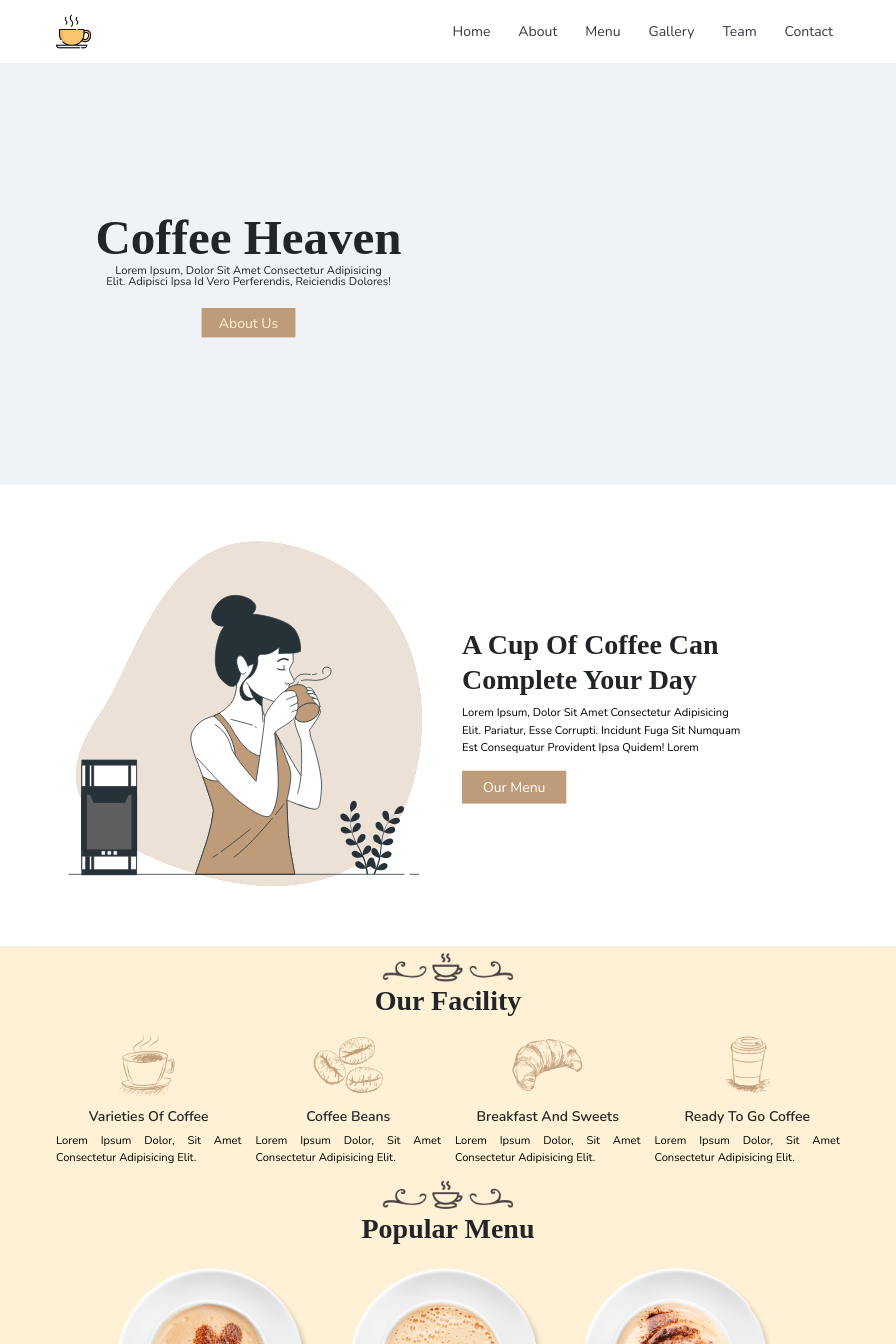
Repository: Ragavan728/coffee_full
Page: index.html
The author's editor kept a copy of each file at every save. The page is drawn from the files as they stood at one save, then again after the next save.
The browser window is 1280 px wide. The pictures show the part of the page from y = 0 to 1920 px (the page is 5087 px tall), at 70% of full size.
Some web fonts or font styles are not loaded; a fallback is used.

Above is the page before, as saved 2025-02-10 16:05:55.

### index.html
<!DOCTYPE html>
<html lang="en">

<head>
    <meta charset="UTF-8">
    <meta name="viewport" content="width=device-width, initial-scale=1.0">
    <title>Coffee Shop</title>
    <link rel="shortcut icon" href="./assets/images/logo.png" type="image/x-icon">
    <link rel="stylesheet" href="./style.css">
    <link rel="stylesheet" href="https://cdnjs.cloudflare.com/ajax/libs/font-awesome/6.7.2/css/all.min.css"
        integrity="sha512-Evv84Mr4kqVGRNSgIGL/F/aIDqQb7xQ2vcrdIwxfjThSH8CSR7PBEakCr51Ck+w+/U6swU2Im1vVX0SVk9ABhg=="
        crossorigin="anonymous" referrerpolicy="no-referrer" />
    <!-- <link rel="stylesheet" href="./cssSequence.css"> -->
</head>

<body>
    <header>
        <nav class="navBar"> <!-- component -->
            <div class="navContainer align"> <!-- componentContainer -->
                <div class="navBody grid-2"> <!-- row 1 -->
                    <div class="logoBlock dflex"> <!-- column 1 -->
                        <figure class="logoBox dflex"> <!-- subColumn 1 -->
                            <img src="./assets/images/logo.png" alt="logo">
                        </figure>
                    </div>
                    <div class="navlinkBlock dflex"> <!-- column 2 -->
                        <ul class="navlinkBox dflex"> <!-- subcolumn 1 -->
                            <li><a href="">Home</a></li>
                            <li><a href="">About</a></li>
                            <li><a href="">Menu</a></li>
                            <li><a href="">Gallery</a></li>
                            <li><a href="">Team</a></li>
                            <li><a href="">Contact</a></li>
                        </ul>
                    </div>
                </div>
            </div>
        </nav>
        <section class="heroSection componentSpacing"> <!-- component -->
            <div class="heroContainer align"> <!-- componentContainer -->
                <div class="heroBody grid-1"> <!-- row 1 -->
                    <div class="heroBlock dflex"> <!-- column 1 -->
                        <div class="heroBox dflex-col"> <!-- subcolumn 1 -->
                            <h1>Coffee Heaven</h1>
                            <p>Lorem Ipsum, Dolor Sit Amet Consectetur
                                Adipisicing Elit. Adipisci Ipsa Id Vero
                                Perferendis, Reiciendis Dolores!</p>
                            <button type="button">About Us</button>
                        </div>
                    </div>
                </div>
            </div>
        </section>
    </header>
    <main>
        <section class="ourMenu componentSpacing"> <!-- component -->
            <div class="ourMenuContainer align"> <!-- componentContainer  -->
                <div class="ourMenuBody grid-2"> <!-- row 1 -->
                    <div class="ourMenuImgBlock dflex"> <!-- column 1 -->
                        <figure class="ourMenuImgBox dflex"> <!-- subColumn 1 -->
                            <img src="./assets/images/ourmenu.svg" alt="menuImg">
                        </figure>
                    </div>
                    <div class="ourMenuBlock dflex"> <!-- column 2 -->
                        <div class="ourMenuBox"> <!-- subcolumn 1 -->
                            <h2>A Cup Of Coffee Can Complete Your Day</h2>
                            <p>Lorem ipsum, dolor sit amet consectetur adipisicing elit. Pariatur, esse corrupti.
                                Incidunt fuga sit numquam est consequatur provident ipsa quidem! Lorem</p>
                            <button type="button">Our Menu</button>
                        </div>
                    </div>
                </div>
            </div>
        </section>
        <section class="ourFacility"> <!-- component -->
            <div class="ourFacilityContainer"> <!-- componentContainer -->
                <div class="headingBody"> <!-- row 1 -->
                    <div class="headingBlock"> <!-- column 1 -->
                        <div class="headingBox"> <!-- subcolumn 1 -->
                            <figure class="headingImg">
                                <img src="./assets/images/heading.png" alt="heading_design">
                            </figure>
                            <h2>our facility</h2>
                        </div>
                    </div>
                </div>
                <div class="facilityListsBody"> <!-- row 2 -->
                    <div class="facilityBlock"> <!-- column 1 -->
                        <div class="facilityCard"> <!-- subcolumn 1 -->
                            <figure class="facilityCardHead">
                                <img src="./assets/images/facility_1.png" alt="facility_01">
                            </figure>
                            <div class="facilityCardBody">
                                <h3>Varieties Of Coffee</h3>
                                <p>Lorem Ipsum Dolor, Sit Amet Consectetur Adipisicing Elit.</p>
                            </div>
                        </div>
                    </div>
                    <div class="facilityBlock"> <!-- column 2 -->
                        <div class="facilityCard"> <!-- subcolumn 1 -->
                            <figure class="facilityCardHead">
                                <img src="./assets/images/facility_2.png" alt="facility_02">
                            </figure>
                            <div class="facilityCardBody">
                                <h3>Coffee Beans</h3>
                                <p>Lorem Ipsum Dolor, Sit Amet Consectetur Adipisicing Elit.</p>
                            </div>
                        </div>
                    </div>
                    <div class="facilityBlock"> <!-- column 3 -->
                        <div class="facilityCard"> <!-- subcolumn 1 -->
                            <figure class="facilityCardHead">
                                <img src="./assets/images/facility_3.png" alt="facility_03">
                            </figure>
                            <div class="facilityCardBody">
                                <h3>Breakfast And Sweets</h3>
                                <p>Lorem Ipsum Dolor, Sit Amet Consectetur Adipisicing Elit.</p>
                            </div>
                        </div>
                    </div>
                    <div class="facilityBlock"> <!-- column 4 -->
                        <div class="facilityCard"> <!-- subcolumn 1 -->
                            <figure class="facilityCardHead">
                                <img src="./assets/images/facility_4.png" alt="facility_04">
                            </figure>
                            <div class="facilityCardBody">
                                <h3>Ready To Go Coffee</h3>
                                <p>Lorem Ipsum Dolor, Sit Amet Consectetur Adipisicing Elit.</p>
                            </div>
                        </div>
                    </div>
                </div>
            </div>
        </section>
        <section class="popularMenu"> <!-- component -->
            <div class="popularMenuContainer"> <!-- componentContainer -->
                <div class="headingBody"> <!-- row 1 -->
                    <div class="headingBlock"> <!-- column 1 -->
                        <div class="headingBox"> <!-- subcolumn 1 -->
                            <figure class="headingImg">
                                <img src="./assets/images/heading.png" alt="heading_design">
                            </figure>
                            <h2>Popular menu</h2>
                        </div>
                    </div>
                </div>
                <div class="popularMenuBody"> <!-- row 2 -->
                    <div class="popularMenuBlock"> <!-- column 1 -->
                        <div class="popularMenuCard"> <!-- subcolumn 1 -->
                            <figure class="popularCardHead">
                                <img src="./assets/images/popular_1.png" alt="popular_01">
                            </figure>
                            <div class="popularCardBody">
                                <p>love you coffee</p>
                            </div>
                        </div>
                    </div>
                    <div class="popularMenuBlock"> <!-- column 2 -->
                        <div class="popularMenuCard"> <!-- subcolumn 1 -->
                            <figure class="popularCardHead">
                                <img src="./assets/images/popular_2.png" alt="popular_02">
                            </figure>
                            <div class="popularCardBody">
                                <p>Cappuccino</p>
                            </div>
                        </div>
                    </div>
                    <div class="popularMenuBlock"> <!-- column 3 -->
                        <div class="popularMenuCard"> <!-- subcolumn 1 -->
                            <figure class="popularCardHead">
                                <img src="./assets/images/popular_3.png" alt="popular_03">
                            </figure>
                            <div class="popularCardBody">
                                <p>Mocha Coffee</p>
                            </div>
                        </div>
                    </div>
                    <div class="popularMenuBlock"> <!-- column 4 -->
                        <div class="popularMenuCard"> <!-- subcolumn 1 -->
                            <figure class="popularCardHead">
                                <img src="./assets/images/popular_4.png" alt="popular_04">
                            </figure>
                            <div class="popularCardBody">
                                <p>Frappuccino</p>
                            </div>
                        </div>
                    </div>
                    <div class="popularMenuBlock"> <!-- column 5 -->
                        <div class="popularMenuCard"> <!-- subcolumn 1 -->
                            <figure class="popularCardHead">
                                <img src="./assets/images/popular_5.png" alt="popular_05">
                            </figure>
                            <div class="popularCardBody">
                                <p>Black Coffee</p>
                            </div>
                        </div>
                    </div>
                    <div class="popularMenuBlock"> <!-- column 6 -->
                        <div class="popularMenuCard"> <!-- subcolumn 1 -->
                            <figure class="popularCardHead">
                                <img src="./assets/images/popular_6.png" alt="popular_06">
                            </figure>
                            <div class="popularCardBody">
                                <p>Love Heart Coffee</p>
                            </div>
                        </div>
                    </div>
                </div>
            </div>
        </section>
        <section class="ourGallery"> <!-- component -->
            <div class="ourGalleryContainer"> <!-- componentContainer -->
                <div class="headingBody"> <!-- row 1 -->
                    <div class="headingBlock"> <!-- column 1 -->
                        <div class="headingBox"> <!-- subcolumn 1 -->
                            <figure class="headingImg">
                                <img src="./assets/images/heading.png" alt="heading_design">
                            </figure>
                            <h2>our gallery</h2>
                        </div>
                    </div>
                </div>
                <div class="ourGalleryBody"> <!-- row 2 -->
                    <div class="ourGalleryBlock"> <!-- column 1 -->
                        <div class="ourGalleryCard"> <!-- subcolumn 1 -->
                            <figure class="cardHead">
                                <img src="./assets/images/gallery_1.webp" alt="gallery_1">
                            </figure>
                        </div>
                    </div>
                    <div class="ourGalleryBlock"> <!-- column 2 -->
                        <div class="ourGalleryCard"> <!-- subcolumn 1 -->
                            <figure class="cardHead">
                                <img src="./assets/images/gallery_2.webp" alt="gallery_2">
                            </figure>
                        </div>
                    </div>
                    <div class="ourGalleryBlock"> <!-- column 3 -->
                        <div class="ourGalleryCard"> <!-- subcolumn 1 -->
                            <figure class="cardHead">
                                <img src="./assets/images/gallery_3.webp" alt="gallery_3">
                            </figure>
                        </div>
                    </div>
                    <div class="ourGalleryBlock"> <!-- column 4 -->
                        <div class="ourGalleryCard"> <!-- subcolumn 1 -->
                            <figure class="cardHead">
                                <img src="./assets/images/gallery_4.webp" alt="gallery_4">
                            </figure>
                        </div>
                    </div>
                    <div class="ourGalleryBlock"> <!-- column 5 -->
                        <div class="ourGalleryCard"> <!-- subcolumn 1 -->
                            <figure class="cardHead">
                                <img src="./assets/images/gallery_5.webp" alt="gallery_5">
                            </figure>
                        </div>
                    </div>
                    <div class="ourGalleryBlock"> <!-- column 6 -->
                        <div class="ourGalleryCard"> <!-- subcolumn 1 -->
                            <figure class="cardHead">
                                <img src="./assets/images/gallery_6.webp" alt="gallery_6">
                            </figure>
                        </div>
                    </div>
                </div>
            </div>
        </section>
        <section class="ourTeam"> <!-- component -->
            <div class="ourTeamContainer"> <!-- componentContainer -->
                <div class="headingBody"> <!-- row 1 -->
                    <div class="headingBlock"> <!-- column 1 -->
                        <div class="headingBox"> <!-- subcolumn 1 -->
                            <figure class="headingImg">
                                <img src="./assets/images/heading.png" alt="heading_design">
                            </figure>
                            <h2>our team</h2>
                        </div>
                    </div>
                </div>
                <div class="ourTeamBody"> <!-- row 2 -->
                    <div class="ourTeamBlock"> <!-- column 1 -->
                        <div class="ourTeamCard"> <!-- subcolumn 1 -->
                            <figure class="teamCardHead">
                                <img src="./assets/images/team_1.jpg" alt="team_1">
                            </figure>
                            <div class="teamCardBody">
                                <p>john deo</p>
                            </div>
                        </div>
                    </div>
                    <div class="ourTeamBlock "> <!-- column 2 -->
                        <div class="ourTeamBox"> <!-- subcolumn 1 -->
                            <figure class="teamCardHead">
                                <img src="./assets/images/team_2.jpg" alt="team_2">
                            </figure>
                            <div class="teamCardBody">
                                <p>john deo</p>
                            </div>
                        </div>
                    </div>
                    <div class="ourTeamBlock "> <!-- column 3 -->
                        <div class="ourTeamBox"> <!-- subcolumn 1 -->
                            <figure class="teamCardHead">
                                <img src="./assets/images/team_3.jpg" alt="team_3">
                            </figure>
                            <div class="teamCardBody">
                                <p>john deo</p>
                            </div>
                        </div>
                    </div>
                    <div class="ourTeamBlock "> <!-- column 4 -->
                        <div class="ourTeamBox"> <!-- subcolumn 1 -->
                            <figure class="teamCardHead">
                                <img src="./assets/images/team_4.jpg" alt="team_4">
                            </figure>
                            <div class="teamCardBody">
                                <p>john deo</p>
                            </div>
                        </div>
                    </div>
                    <div class="ourTeamBlock "> <!-- column 5 -->
                        <div class="ourTeamBox"> <!-- subcolumn 1 -->
                            <figure class="teamCardHead">
                                <img src="./assets/images/team_5.jpg" alt="team_5">
                            </figure>
                            <div class="teamCardBody">
                                <p>john deo</p>
                            </div>
                        </div>
                    </div>
                    <div class="ourTeamBlock "> <!-- column 6 -->
                        <div class="ourTeamBox"> <!-- subcolumn 1 -->
                            <figure class="teamCardHead">
                                <img src="./assets/images/team_6.jpg" alt="team_6">
                            </figure>
                            <div class="teamCardBody">
                                <p>john deo</p>
                            </div>
                        </div>
                    </div>
                </div>
            </div>
        </section>
        <section class="contactUs"> <!-- component -->
            <div class="contactContainer"> <!-- componentContainer -->
                <div class="headingBody"> <!-- row 1 -->
                    <div class="headingBlock"> <!-- column 1 -->
                        <div class="headingBox"> <!-- subcolumn 1 -->
                            <figure class="headingImg">
                                <img src="./assets/images/heading.png" alt="heading_design">
                            </figure>
                            <h2>contact us</h2>
                        </div>
                    </div>
                </div>
                <div class="contactUsBody"> <!-- row 2 -->
                    <div class="contactUsImgBlock"> <!-- column 1 -->
                        <figure class="imgBox"> <!-- subcolumn 1 -->
                            <img src="./assets/images/contact-img (1).jpg" alt="">
                        </figure>
                    </div>
                    <div class="contactFormBlock"> <!-- column 2 -->


                    </div>
                </div>
            </div>
        </section>
    </main>
    <footer>
        <section class="footer"> <!-- component -->
            <div class="footerContainer"> <!-- componentContainer -->
                <div class="footerBody"> <!-- row 1 -->
                    <div class="footerBlock"> <!-- column 1 -->
                        <div class="footerCard"> <!-- subcolumn 1 -->
                            <div class="cardHead">
                                <i class="fa-solid fa-envelope"></i>
                            </div>
                            <div class="cardBody">
                                <h5>our email</h5>
                                <p>shaakshi@gmail.com</p>
                                <p>hyhy@gmail.com</p>
                            </div>
                        </div>
                    </div>
                    <div class="footerBlock"> <!-- column 2 -->
                        <div class="footerCard"> <!-- subcolumn 1 -->
                            <div class="cardHead">
                                <i class="fa-regular fa-clock"></i>
                            </div>
                            <div class="cardBody">
                                <h5>opening hours</h5>
                                <p>07:00am to 09:00pm</p>
                            </div>
                        </div>
                    </div>
                    <div class="footerBlock"> <!-- column 3 -->
                        <div class="footerCard"> <!-- subcolumn 1 -->
                            <div class="cardHead">
                                <i class="fa-solid fa-location-dot"></i>
                            </div>
                            <div class="cardBody">
                                <h5>shop location</h5>
                                <p>mumbai, india- 400101</p>
                            </div>
                        </div>
                    </div>
                    <div class="footerBlock"> <!-- column 4 -->
                        <div class="footerCard"> <!-- subcolumn 1 -->
                            <div class="cardHead">
                                <i class="fa-solid fa-phone"></i>
                            </div>
                            <div class="cardBody">
                                <h5>our number</h5>
                                <p>+91-123-456-7890</p>
                                <p>+91-111-222-3333</p>
                            </div>
                        </div>
                    </div>
                </div>
                <div class="copyrightsBody"> <!-- row 2 -->
                    <div class="copyrightsBlock"> <!-- column 1  -->
                        <div class="copyrightsBox"> <!-- subcolumn 1 -->
                            <p>
                                © copyright @ 2022 by <span>mr. web designer</span> | all rights reserved
                            </p>
                        </div>
                    </div>
                </div>
            </div>
        </section>
    </footer>
</body>

</html>

Loaded but not shown: style.css (1053 lines, source omitted)

After the next save:
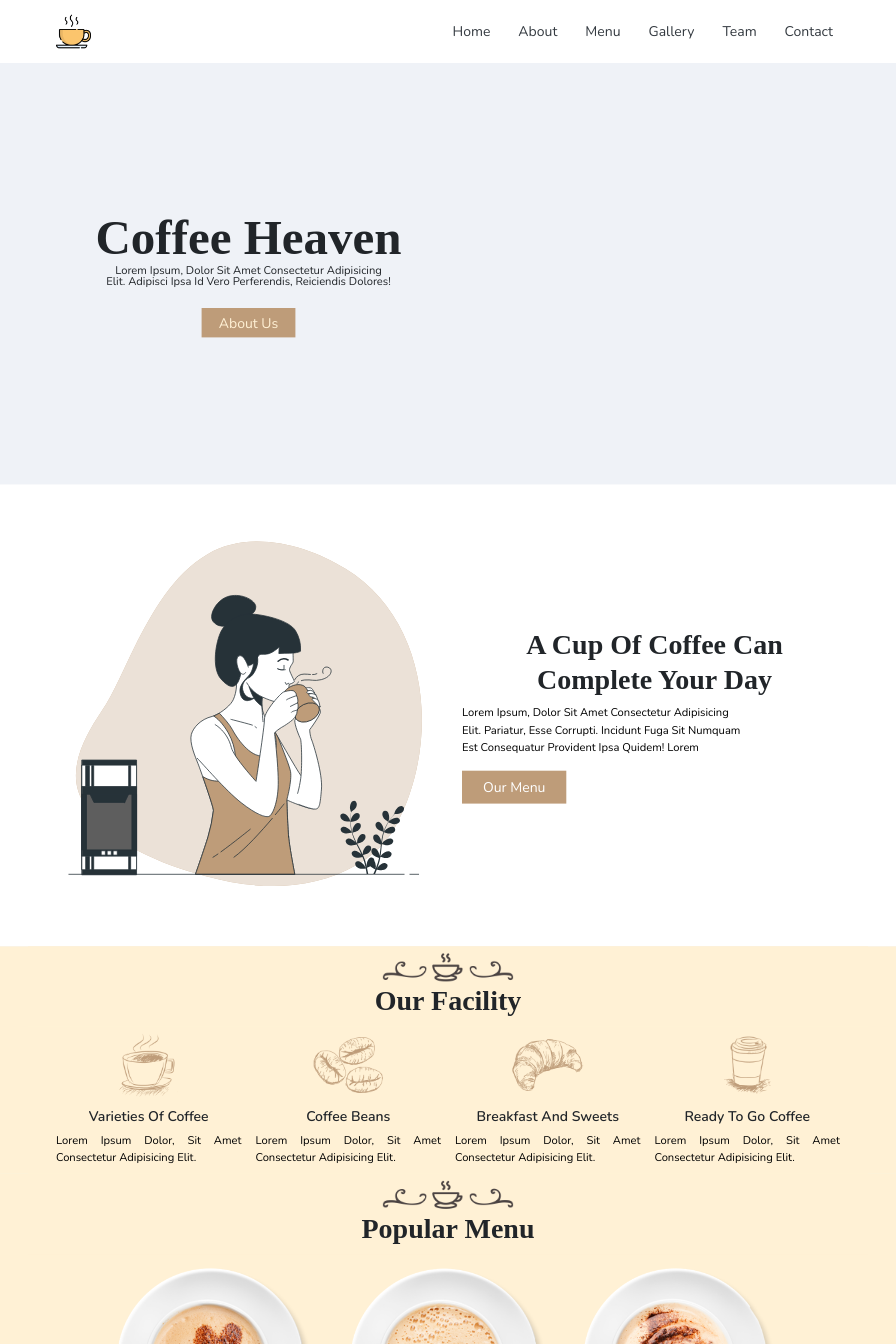
Saved 8 s later.
--- a/index.html
+++ b/index.html
@@ -62,7 +62,7 @@
                         </figure>
                     </div>
                     <div class="ourMenuBlock dflex"> <!-- column 2 -->
-                        <div class="ourMenuBox"> <!-- subcolumn 1 -->
+                        <div class="ourMenuBox dflex-col"> <!-- subcolumn 1 -->
                             <h2>A Cup Of Coffee Can Complete Your Day</h2>
                             <p>Lorem ipsum, dolor sit amet consectetur adipisicing elit. Pariatur, esse corrupti.
                                 Incidunt fuga sit numquam est consequatur provident ipsa quidem! Lorem</p>
